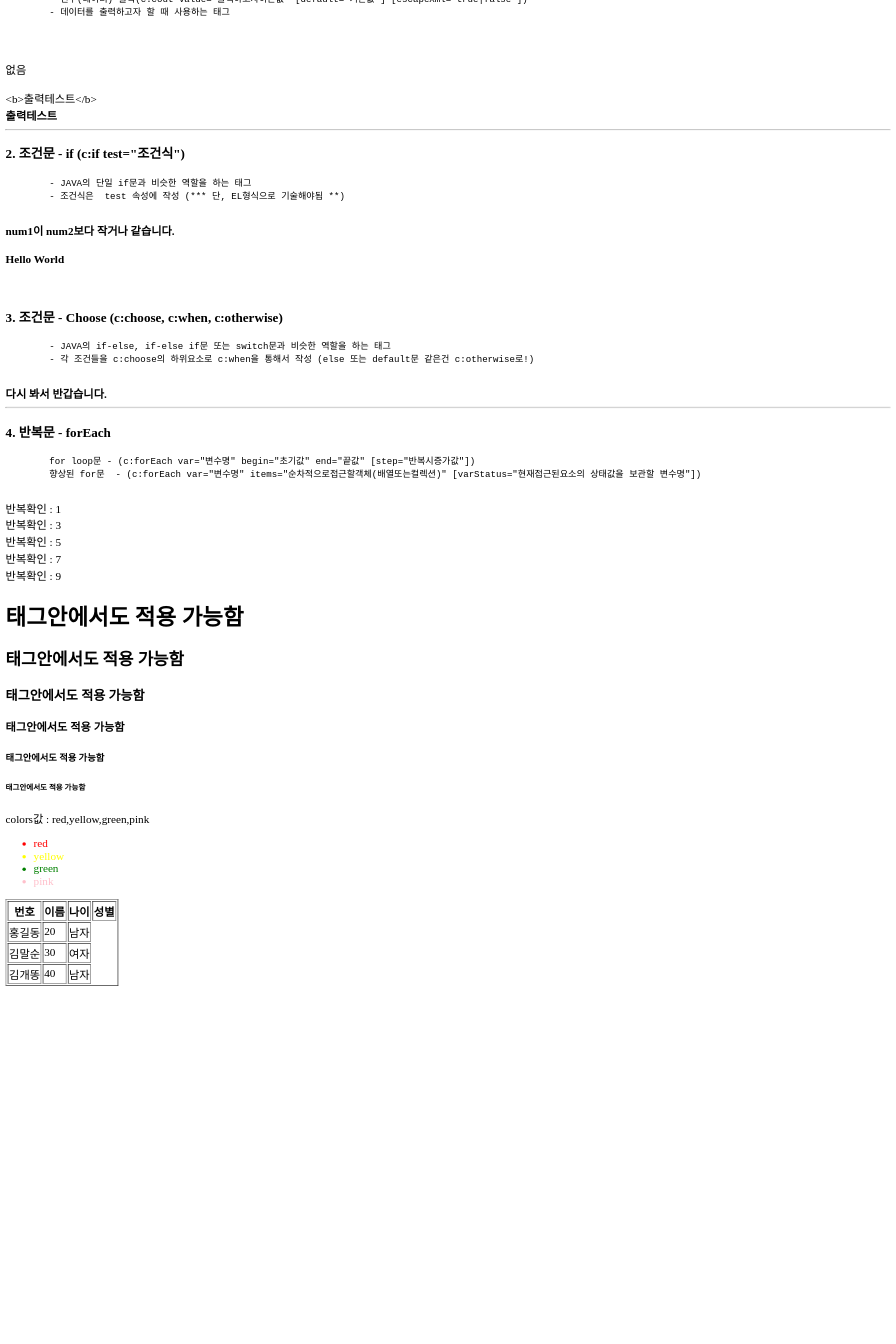
Repository: Young-27/DailyStudy
Page: http://localhost/actionProject/views/3_customAction/01_core.jsp
The author's editor kept a copy of each file at every save. The page is drawn from the files as they stood at one save, then again after the next save.
The browser window is 1280 px wide. The pictures show the part of the page from y = 856 to 2776 px (the page is 2776 px tall), at 70% of full size.
The page is served by Tomcat 9.

Above is the page before, as saved 2021-06-17 11:10:27.

After the next save:
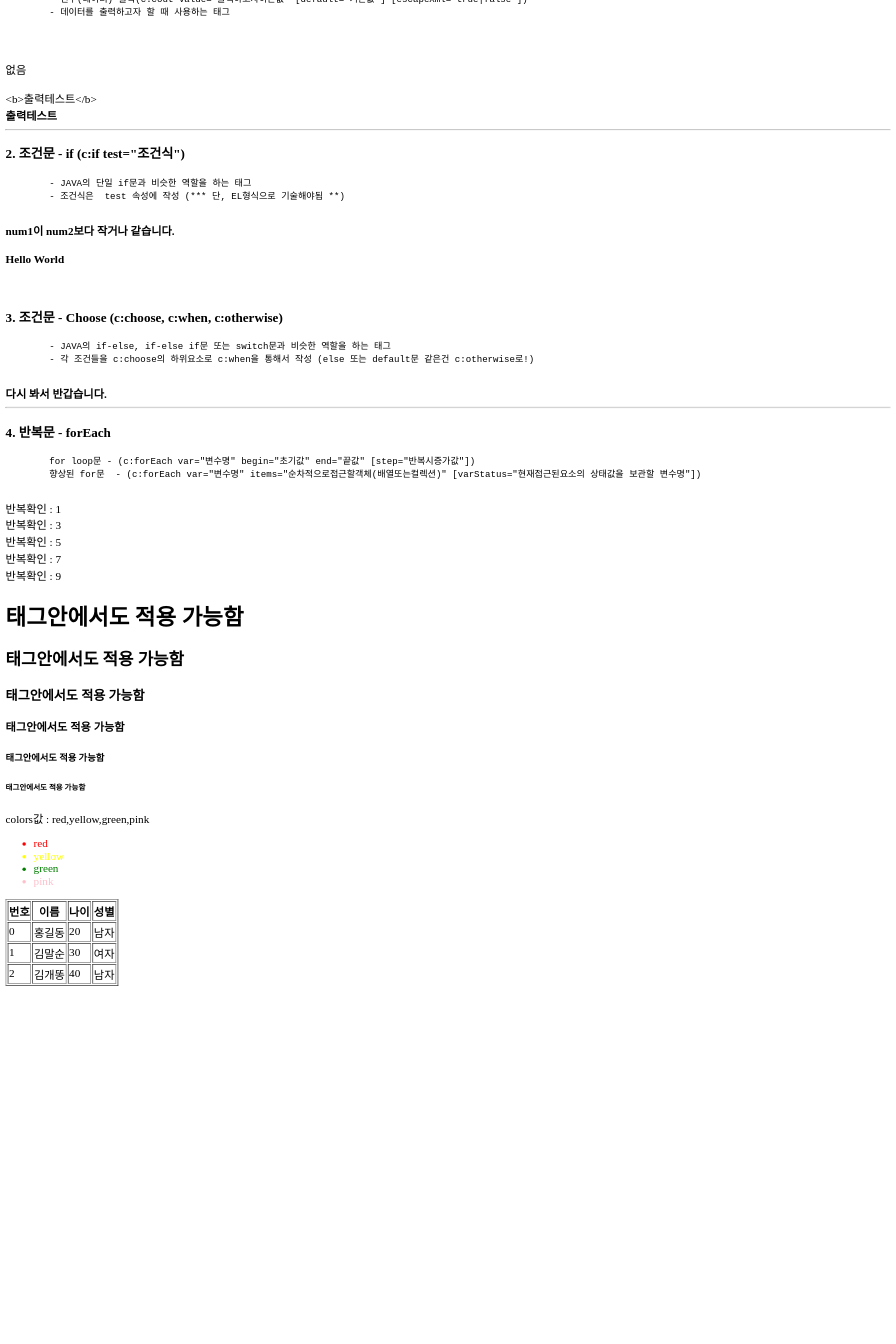
Saved 63 s later.
--- a/Server/web-workspace2/actionProject/WebContent/views/3_customAction/01_core.jsp
+++ b/Server/web-workspace2/actionProject/WebContent/views/3_customAction/01_core.jsp
@@ -226,8 +226,9 @@
 					</tr>
 				</c:when>
 				<c:otherwise>
-					<c:forEach var="p" items="${ pList }" varStatus="">
+					<c:forEach var="p" items="${ pList }" varStatus="status">
 						<tr>
+							<td>${ status.index }</td>
 							<td>${ p.name }</td>
 							<td>${ p.age }</td>
 							<td>${ p.gender }</td>
